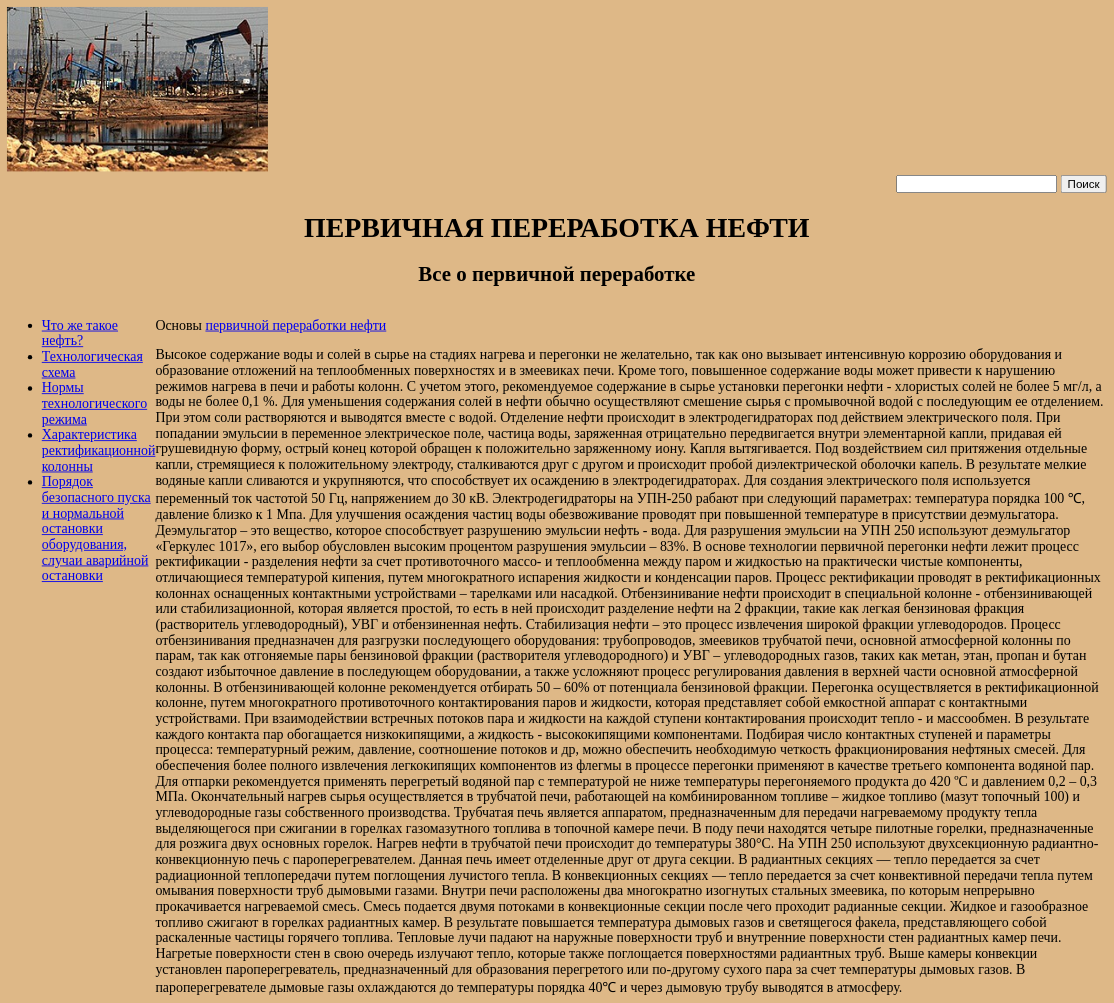
Repository: NastyaSeleznev/NastyaSeleznev.githab.io
Page: week1/index.html
The author's editor kept a record of every edit. The page is drawn from the files as they stood at one moment, then again after the next edit.
The browser window is 1280 px wide. The pictures show the whole page, at 87% of full size.

Above is the page before.

### week1/index.html
<!doctype html>
	<html>
		<head>
			<meta charset="utf-8">
			<link href="style.css" rel="stylesheet">
		<title>Переработка нефти и газа</title>
		</head>
		<body>
			<header>
		<img src="dobycha-nefti.jpg">
		<form action="https://www.google.com/search" method="get" align="right">
  <input type="Искать здесь..." name="search">
  <input type="submit" value="Поиск">
</form>
		<h1 align="center">ПЕРВИЧНАЯ ПЕРЕРАБОТКА НЕФТИ</h1>
			</header>
				<h2 align="center">Все о первичной переработке</h2>
				<div id="flex"
			<nav>
					<ul>
	<li><a href="nevti.html">Что же такое нефть?</a></li>
	<li><a href="sxem.html">Технологическая схема</a></li>
	<li><a href="norm.html">Нормы технологического режима</a></li>
	<li><a href="harakter.html">Характеристика ректификационной колонны</a></li>
	<li><a href="por.html">Порядок безопасного пуска и нормальной остановки оборудования, случаи аварийной остановки</a></li>
	</ul>
	</nav>
				<main>
			<p>Основы <a href="https://ds03.infourok.ru/uploads/ex/0b51/000527e8-bca75ad9/640/img19.jpg">первичной переработки нефти</a></p>
			Высокое содержание воды и солей в сырье на стадиях нагрева и перегонки не желательно, так как оно вызывает интенсивную коррозию оборудования и образование отложений на теплообменных поверхностях и в змеевиках печи. Кроме того, повышенное  содержание воды может  привести к нарушению режимов нагрева в печи  и работы колонн.
С учетом этого, рекомендуемое содержание в сырье установки перегонки нефти - хлористых солей не более 5 мг/л,  а воды не более 0,1 %.
Для уменьшения содержания солей в нефти обычно осуществляют смешение сырья с промывочной водой с последующим ее отделением. При этом соли растворяются и выводятся вместе с водой.
Отделение нефти происходит в электродегидраторах под действием электрического поля.
При попадании эмульсии в переменное электрическое поле, частица воды, заряженная отрицательно передвигается внутри элементарной капли, придавая ей грушевидную форму, острый конец которой обращен к положительно заряженному иону. Капля вытягивается. Под воздействием сил притяжения отдельные капли, стремящиеся к положительному электроду, сталкиваются друг с другом и происходит пробой диэлектрической оболочки капель. В результате мелкие водяные капли сливаются и укрупняются, что способствует их осаждению  в электродегидраторах. Для создания электрического поля используется переменный ток частотой 50 Гц, напряжением до 30 кВ. Электродегидраторы на УПН-250 рабают при следующий параметрах: температура  порядка 100 ℃, давление близко к 1 Мпа.
Для улучшения осаждения частиц воды обезвоживание проводят при повышенной температуре в присутствии деэмульгатора.
Деэмульгатор – это вещество, которое способствует разрушению эмульсии нефть - вода. Для разрушения эмульсии на УПН 250 используют деэмульгатор «Геркулес 1017», его выбор обусловлен высоким процентом разрушения эмульсии – 83%.
В основе технологии первичной перегонки нефти лежит процесс ректификации - разделения нефти за счет противоточного массо- и теплообменна между паром и жидкостью на практически чистые компоненты, отличающиеся температурой кипения, путем многократного испарения жидкости и конденсации паров.
Процесс ректификации проводят в ректификационных колоннах оснащенных контактными устройствами – тарелками или насадкой.
Отбензинивание нефти происходит в специальной колонне - отбензинивающей или стабилизационной, которая является простой, то есть в ней происходит разделение нефти на 2 фракции, такие как легкая бензиновая фракция (растворитель углеводородный), УВГ и отбензиненная нефть.
Стабилизация нефти – это процесс извлечения широкой фракции углеводородов.
Процесс отбензинивания предназначен для разгрузки последующего оборудования: трубопроводов, змеевиков трубчатой печи, основной атмосферной колонны по парам, так как отгоняемые пары бензиновой фракции (растворителя углеводородного) и УВГ – углеводородных газов, таких как метан, этан, пропан и бутан создают избыточное давление в последующем оборудовании, а также усложняют процесс регулирования давления в верхней части основной атмосферной колонны.
В отбензинивающей колонне рекомендуется отбирать 50 – 60% от потенциала бензиновой фракции.
Перегонка осуществляется в ректификационной колонне, путем многократного противоточного контактирования паров и жидкости, которая представляет собой емкостной аппарат с контактными устройствами.
 При взаимодействии встречных потоков пара и жидкости на каждой ступени контактирования происходит тепло - и массообмен. В результате каждого контакта пар обогащается низкокипящими, а жидкость - высококипящими компонентами.
Подбирая число контактных ступеней и параметры процесса: температурный режим, давление, соотношение потоков и др, можно обеспечить необходимую четкость фракционирования нефтяных смесей.
Для обеспечения более полного извлечения легкокипящих компонентов из флегмы в процессе перегонки применяют в качестве третьего компонента водяной пар.
Для отпарки рекомендуется применять перегретый водяной пар с температурой не ниже температуры перегоняемого продукта до 420 ºС и давлением 0,2 – 0,3 МПа.
Окончательный нагрев сырья осуществляется в трубчатой печи, работающей на комбинированном топливе – жидкое топливо (мазут топочный 100) и углеводородные газы собственного производства.
Трубчатая печь является аппаратом, предназначенным для передачи нагреваемому продукту тепла выделяющегося при сжигании в горелках  газомазутного топлива в топочной камере печи.
В поду печи находятся четыре пилотные горелки, предназначенные для розжига двух основных горелок.
Нагрев нефти в трубчатой печи происходит до температуры 380°С.
На УПН 250 используют двухсекционную радиантно-конвекционную печь с пароперегревателем. Данная печь имеет отделенные друг от друга секции. В радиантных секциях — тепло передается за счет радиационной теплопередачи путем поглощения лучистого тепла.
В конвекционных секциях — тепло передается за счет конвективной передачи тепла путем омывания поверхности труб дымовыми газами.
 Внутри печи расположены два многократно изогнутых стальных змеевика, по которым непрерывно прокачивается нагреваемой смесь. Смесь подается двумя потоками  в конвекционные секции после чего проходит радианные секции. Жидкое и газообразное топливо сжигают в горелках радиантных камер.
В результате повышается температура дымовых газов и светящегося факела, представляющего собой раскаленные частицы горячего топлива.
Тепловые лучи падают на наружные поверхности труб и внутренние поверхности стен радиантных камер печи. Нагретые поверхности стен в свою очередь излучают тепло, которые также поглощается поверхностями радиантных труб.
Выше камеры конвекции установлен пароперегреватель, предназначенный для образования перегретого или по-другому сухого пара за счет температуры дымовых газов. В пароперегревателе дымовые газы охлаждаются до температуры порядка 40℃ и через дымовую трубу выводятся в атмосферу.


			</main>
			</div>
		</body>
	</html>
	<main>

### week1/style.css
body {
  background-color: #DEB887;
}
#flex {
  display: flex;
  flex-direction: row;
  justify-content: flex-start;
}

nav {
     background-color: #DA70D6;
}

After the next edit:
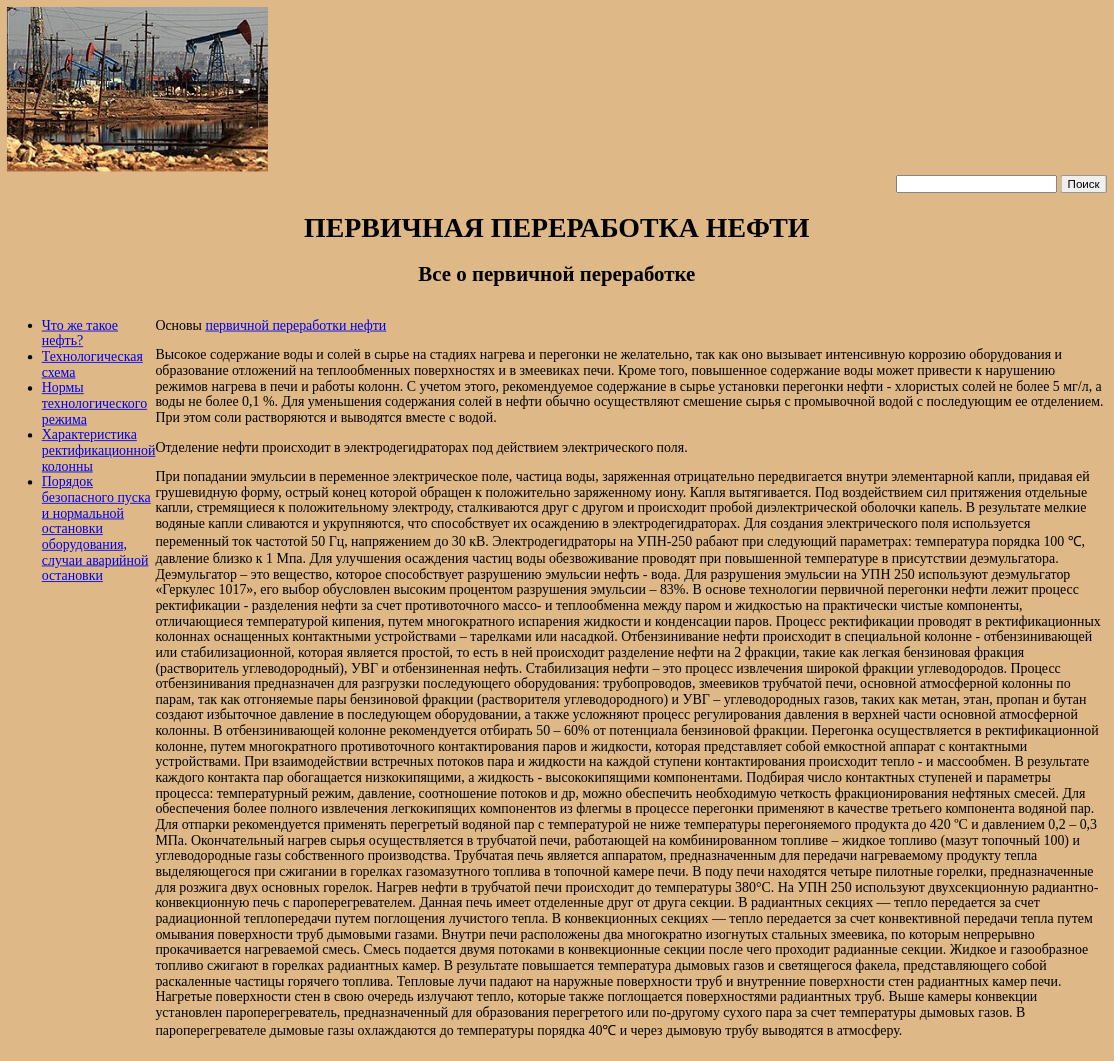
The edit:
--- a/week1/index.html
+++ b/week1/index.html
@@ -29,9 +29,10 @@
 			<p>Основы <a href="https://ds03.infourok.ru/uploads/ex/0b51/000527e8-bca75ad9/640/img19.jpg">первичной переработки нефти</a></p>
 			Высокое содержание воды и солей в сырье на стадиях нагрева и перегонки не желательно, так как оно вызывает интенсивную коррозию оборудования и образование отложений на теплообменных поверхностях и в змеевиках печи. Кроме того, повышенное  содержание воды может  привести к нарушению режимов нагрева в печи  и работы колонн.
 С учетом этого, рекомендуемое содержание в сырье установки перегонки нефти - хлористых солей не более 5 мг/л,  а воды не более 0,1 %.
-Для уменьшения содержания солей в нефти обычно осуществляют смешение сырья с промывочной водой с последующим ее отделением. При этом соли растворяются и выводятся вместе с водой.
-Отделение нефти происходит в электродегидраторах под действием электрического поля.
-При попадании эмульсии в переменное электрическое поле, частица воды, заряженная отрицательно передвигается внутри элементарной капли, придавая ей грушевидную форму, острый конец которой обращен к положительно заряженному иону. Капля вытягивается. Под воздействием сил притяжения отдельные капли, стремящиеся к положительному электроду, сталкиваются друг с другом и происходит пробой диэлектрической оболочки капель. В результате мелкие водяные капли сливаются и укрупняются, что способствует их осаждению  в электродегидраторах. Для создания электрического поля используется переменный ток частотой 50 Гц, напряжением до 30 кВ. Электродегидраторы на УПН-250 рабают при следующий параметрах: температура  порядка 100 ℃, давление близко к 1 Мпа.
+Для уменьшения содержания солей в нефти обычно осуществляют смешение сырья с промывочной водой с последующим ее отделением.
+При этом соли растворяются и выводятся вместе с водой.
+<p>Отделение нефти происходит в электродегидраторах под действием электрического поля.
+<p>При попадании эмульсии в переменное электрическое поле, частица воды, заряженная отрицательно передвигается внутри элементарной капли, придавая ей грушевидную форму, острый конец которой обращен к положительно заряженному иону. Капля вытягивается. Под воздействием сил притяжения отдельные капли, стремящиеся к положительному электроду, сталкиваются друг с другом и происходит пробой диэлектрической оболочки капель. В результате мелкие водяные капли сливаются и укрупняются, что способствует их осаждению  в электродегидраторах. Для создания электрического поля используется переменный ток частотой 50 Гц, напряжением до 30 кВ. Электродегидраторы на УПН-250 рабают при следующий параметрах: температура  порядка 100 ℃, давление близко к 1 Мпа.
 Для улучшения осаждения частиц воды обезвоживание проводят при повышенной температуре в присутствии деэмульгатора.
 Деэмульгатор – это вещество, которое способствует разрушению эмульсии нефть - вода. Для разрушения эмульсии на УПН 250 используют деэмульгатор «Геркулес 1017», его выбор обусловлен высоким процентом разрушения эмульсии – 83%.
 В основе технологии первичной перегонки нефти лежит процесс ректификации - разделения нефти за счет противоточного массо- и теплообменна между паром и жидкостью на практически чистые компоненты, отличающиеся температурой кипения, путем многократного испарения жидкости и конденсации паров.
